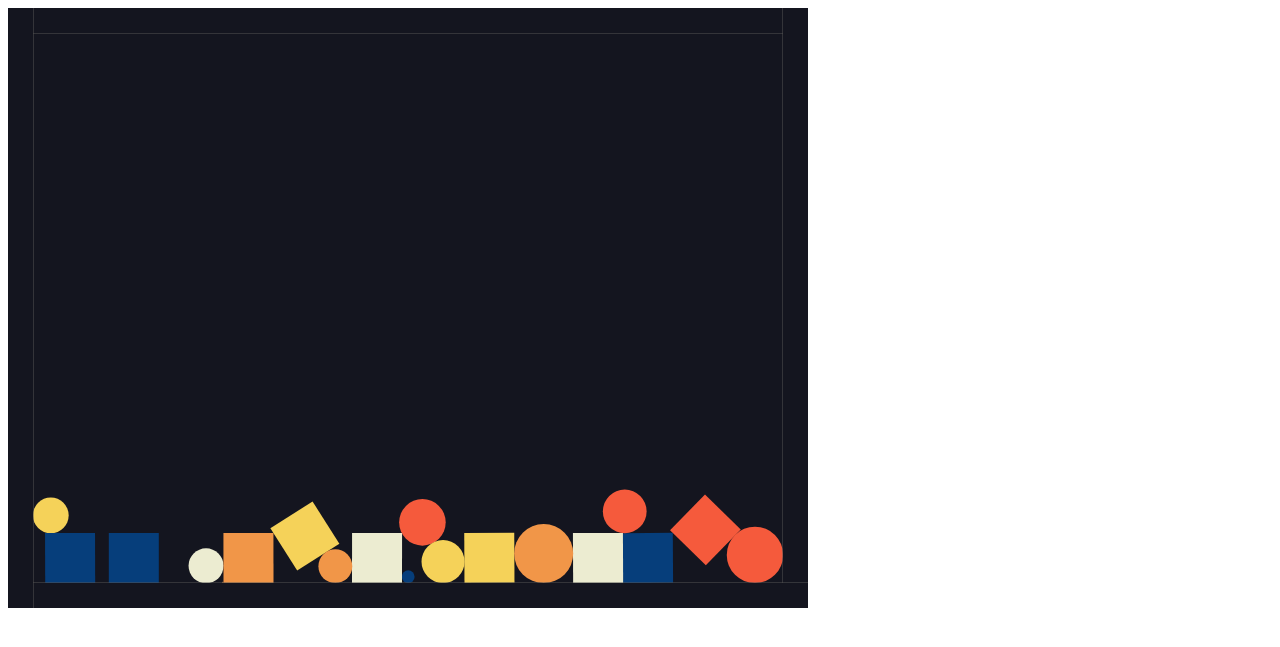
Repository: Sbethm/maze-runner
Page: index.html
These files come from the project's save history. The page is drawn as it stood at one moment and after a run of saves; the edit follows.
The browser window is 1280 px wide. The pictures show the whole page.
Some web libraries are served in a nearby version.

Above is the page before, as saved 2021-10-01 16:30:15.

### index.html
<!DOCTYPE html>
<html lang="en">
<head>
    <meta charset="UTF-8">
    <meta http-equiv="X-UA-Compatible" content="IE=edge">
    <meta name="viewport" content="width=device-width, initial-scale=1.0">
    <script src="https://cdnjs.cloudflare.com/ajax/libs/matter-js/0.17.1/matter.min.js"></script>
    <title>Maze Runner</title>
</head>
<body>

    <script src="app.js"></script>
</body>
</html>

### app.js
const { Engine, World, Runner, Render, Bodies, MouseConstraint, Mouse} = Matter;

const width = 800;
const height = 600;

const engine = Engine.create();
const {world} = engine;
const render = Render.create({
    element: document.body,
    engine: engine,
    options: {
        wireframes: false,
        width,
        height
    }
});
Render.run(render);
Runner.run(Runner.create(), engine);

World.add(world, MouseConstraint.create(engine, {
    mouse: Mouse.create(render.canvas)
}));

//====== Random Shapes
for(let i = 0; i < 20; i++) {
    if(Math.random() > 0.5) {
        World.add(world, Bodies.rectangle(Math.random() * width, Math.random() * height, 50, 50));
    } else {
        World.add(world, Bodies.circle(Math.random() * width, Math.random() * height, Math.random() * 30, {
            render: {
                fillStyle: ''
            }
        }));
    }


}

//====== Walls
const walls = [
    Bodies.rectangle(400, 0, 800, 50, {isStatic: true}),
    Bodies.rectangle(800, 300, 50, 600, {isStatic: true}),
    Bodies.rectangle(400, 600, 800, 50, {isStatic: true}),
    Bodies.rectangle(0, 300, 50, 600, {isStatic: true})
];

World.add(world, walls);

After the next 4 saves:
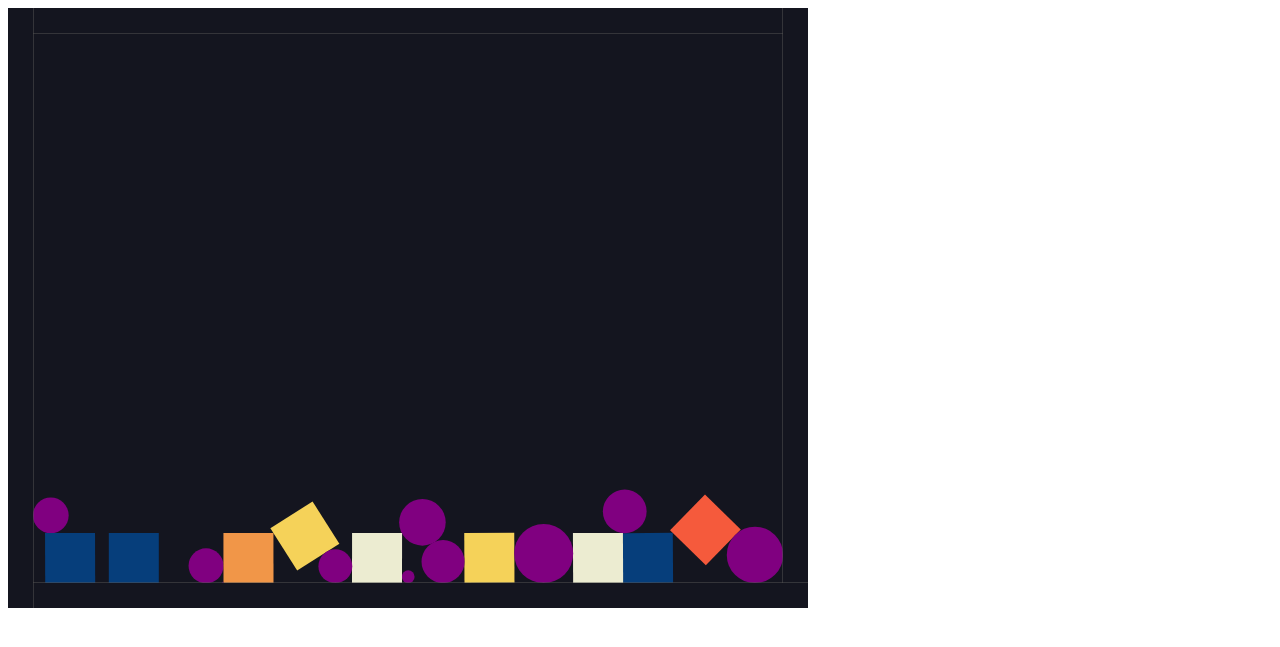
The 4 saves are shown as one change because they came seconds apart.
The last was saved 9 s later.
--- a/app.js
+++ b/app.js
@@ -28,7 +28,7 @@ for(let i = 0; i < 20; i++) {
     } else {
         World.add(world, Bodies.circle(Math.random() * width, Math.random() * height, Math.random() * 30, {
             render: {
-                fillStyle: ''
+                fillStyle: 'purple'
             }
         }));
     }
